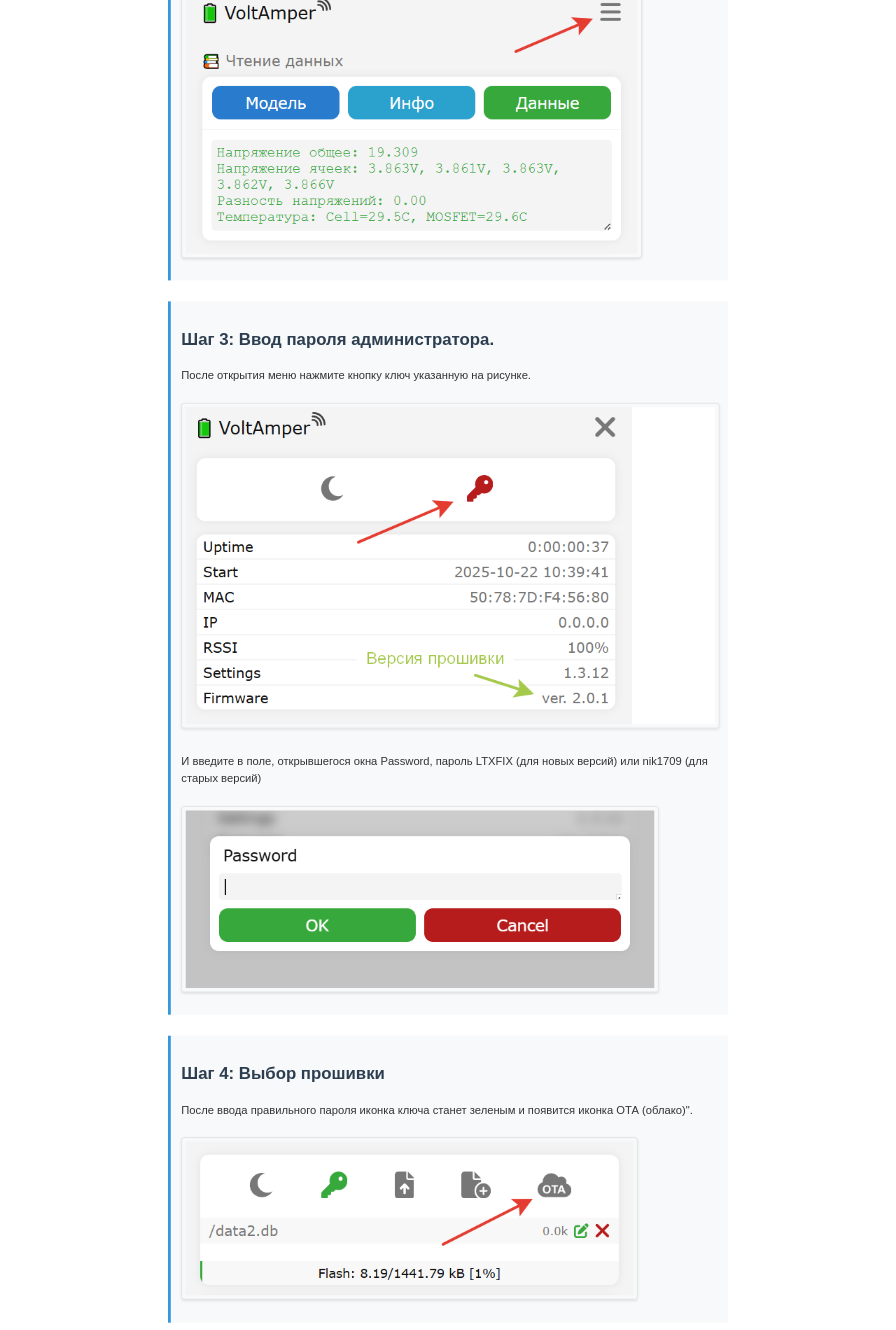
Repository: NikElectronics/ELIXStoFIX
Page: firware.html
These files come from the project's save history. The page is drawn as it stood at one moment and after the next save; the edit follows.
The browser window is 1280 px wide. The pictures show the part of the page from y = 711 to 2611 px (the page is 5605 px tall before and 5673 px after), at 70% of full size.
A picture or video elsewhere on the page could not be fetched, so the positions and the page height are approximate.

Above is the page before, as saved 2025-10-22 08:32:29.

### firware.html
<!DOCTYPE html>
<html lang="ru">
<head>
    <meta charset="UTF-8">
    <meta name="viewport" content="width=device-width, initial-scale=1.0">
    <title>Инструкция по OTA-обновлению</title>
    <style>
        body {
            font-family: Arial, sans-serif;
            line-height: 1.6;
            max-width: 800px;
            margin: 0 auto;
            padding: 20px;
            color: #333;
        }
        h1, h2, h3 {
            color: #2c3e50;
        }
        .step {
            margin-bottom: 30px;
            padding: 15px;
            border-left: 4px solid #3498db;
            background-color: #f8f9fa;
        }
        .screenshot {
            max-width: 100%;
            border: 1px solid #ddd;
            border-radius: 4px;
            padding: 5px;
            margin: 10px 0;
            box-shadow: 0 2px 4px rgba(0,0,0,0.1);
        }
        .note {
            background-color: #fff8e1;
            border-left: 4px solid #ffc107;
            padding: 10px 15px;
            margin: 15px 0;
        }
        .warning {
            background-color: #ffebee;
            border-left: 4px solid #f44336;
            padding: 10px 15px;
            margin: 15px 0;
        }
        code {
            background-color: #f5f5f5;
            padding: 2px 4px;
            border-radius: 3px;
            font-family: monospace;
        }
    </style>
</head>
<body>
    <h1>Инструкция по загрузке прошивки через OTA</h1>

    <div class="step">
        <h2>Шаг 1: Подключение к устройству</h2>
        <p>Убедитесь, что устройство включено и подключено к Wi-Fi сети. В коде указано, что устройство создает точку доступа с именем "Makita" и паролем "12345678".</p>
        <div class="note">
            <p><strong>Примечание:</strong> В коде устройства заданы следующие настройки:</p>
            <ul>
                <li>SSID: <code>Makita</code></li>
                <li>Пароль: <code>12345678</code></li>
                <li>Режим: Точка доступа (AP)</li>
            </ul>
        </div>
        <p>Подключитесь к Wi-Fi сети устройства с любого устройства (компьютера, телефона или планшета)</p>

    </div>

    <div class="step">
        <h2>Шаг 2: Открытие меню</h2>
        <p>Откройте меню нажав на кнопку указанную на рисунке ниже. </p>
        <img src="images/menu.png" alt="Главная страница веб-интерфейса" class="screenshot">
    </div>

    <div class="step">
        <h2>Шаг 3: Ввод пароля администратора.</h2>
        <p>После открытия меню нажмите кнопку ключ указанную на рисунке.</p>
        <img src="images/menu_open.png" alt="Главная страница веб-интерфейса" class="screenshot">
        <p>И введите в поле, открывшегося окна Password, пароль LTXFIX (для новых версий) или nik1709 (для старых версий)</p>
        <img src="images/password.png" alt="Главная страница веб-интерфейса" class="screenshot">
    </div>

    <div class="step">
        <h2>Шаг 4: Выбор прошивки</h2>
        <p>После ввода правильного пароля иконка ключа станет зеленым и появится иконка ОТА (облако)".</p>
        <img src="images/pass_good.png" alt="Раздел программатора" class="screenshot">
    </div>

    <div class="step">
        <h2>Шаг 4: Загрузка новой прошивки</h2>
        <p>В разделе программатора найдите опцию для загрузки новой прошивки. Обычно это кнопка "Выбрать файл" или "Обзор" с последующей кнопкой "Загрузить" или "Обновить".</p>
        <img src="screenshot3.png" alt="Интерфейс загрузки прошивки" class="screenshot">
        <div class="note">
            <p><strong>Примечание:</strong> Убедитесь, что файл прошивки имеет правильный формат (обычно .bin) и совместим с вашим устройством.</p>
        </div>
    </div>

    <div class="step">
        <h2>Шаг 5: Процесс обновления</h2>
        <p>После выбора файла прошивки нажмите кнопку для начала загрузки. Не прерывайте процесс обновления и не отключайте питание устройства.</p>
        <img src="screenshot4.png" alt="Процесс обновления прошивки" class="screenshot">
        <div class="warning">
            <p><strong>Внимание:</strong> Прерывание процесса обновления может привести к повреждению прошивки и необходимости физического перепрограммирования устройства!</p>
        </div>
    </div>

    <div class="step">
        <h2>Шаг 6: Завершение обновления</h2>
        <p>После успешной загрузки прошивки устройство обычно перезагружается автоматически. Если этого не произошло, вы можете перезагрузить устройство вручную с помощью кнопки "Перезагрузить" в веб-интерфейсе.</p>
        <img src="screenshot5.png" alt="Успешное завершение обновления" class="screenshot">
    </div>

    <div class="step">
        <h2>Шаг 7: Проверка новой версии</h2>
        <p>После перезагрузки снова откройте веб-интерфейс и проверьте, что версия прошивки изменилась на новую. В коде устройства версия задана как "ver. 2.0.1".</p>
        <img src="screenshot6.png" alt="Проверка версии прошивки" class="screenshot">
    </div>

    <div class="note">
        <h3>Дополнительная информация</h3>
        <p>В коде устройства реализована система лицензирования через серийный номер. Если после обновления возникают проблемы с лицензией, проверьте правильность введенного ключа в разделе программатора.</p>
        <p>Также в коде предусмотрена возможность блокировки прошивки от чтения через UART/JTAG (функция FirmwareLock()), которая может быть активирована через веб-интерфейс.</p>
    </div>

    <div class="warning">
        <h3>Важные предупреждения</h3>
        <ul>
            <li>Всегда сохраняйте резервную копию текущей рабочей прошивки перед обновлением</li>
            <li>Убедитесь, что источник прошивки надежный и файл не поврежден</li>
            <li>Не прерывайте процесс обновления</li>
            <li>Убедитесь, что устройство имеет стабильное питание во время обновления</li>
        </ul>
    </div>
</body>
</html>

After the next save:
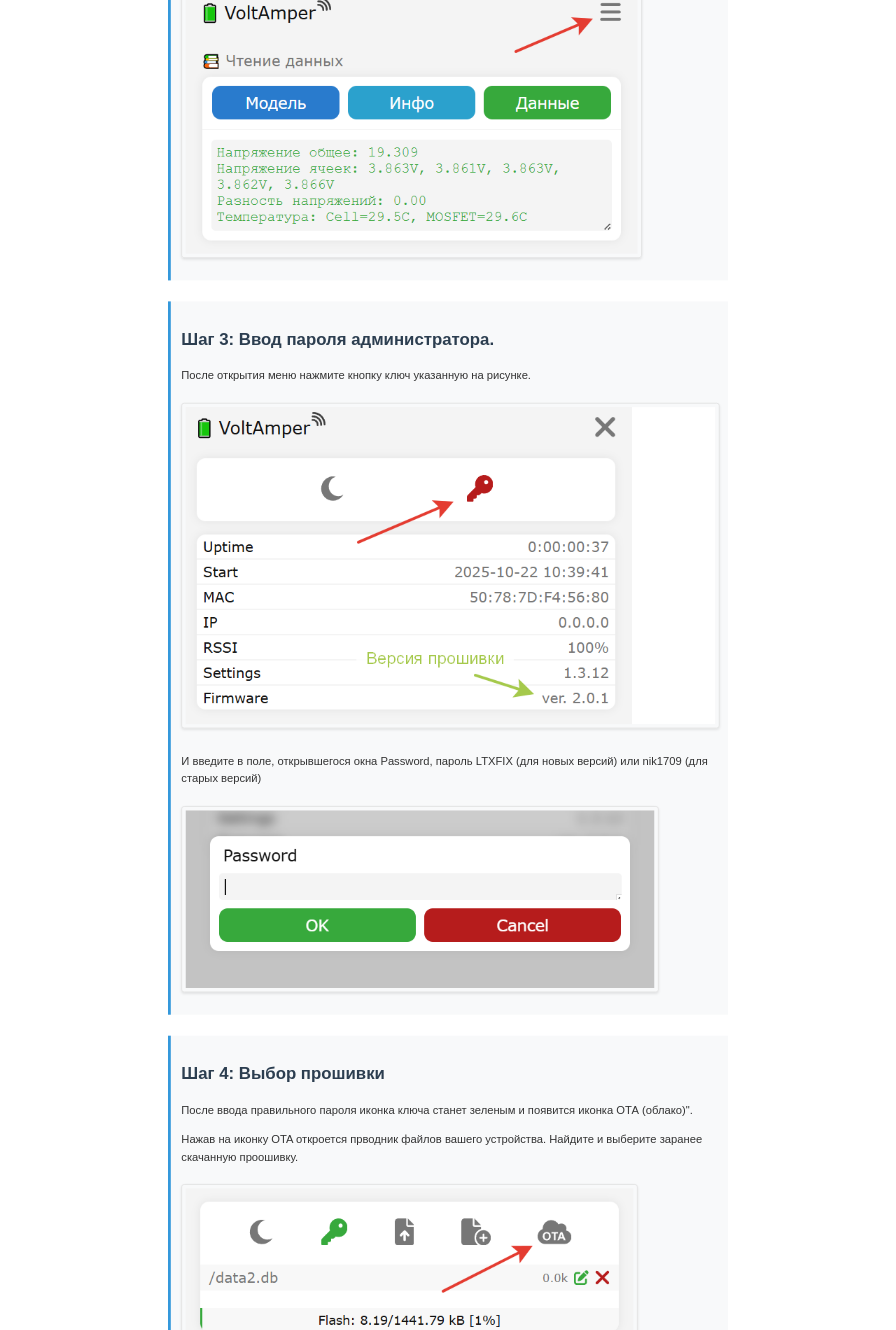
Saved 2 min 21 s later.
--- a/firware.html
+++ b/firware.html
@@ -85,6 +85,7 @@
     <div class="step">
         <h2>Шаг 4: Выбор прошивки</h2>
         <p>После ввода правильного пароля иконка ключа станет зеленым и появится иконка ОТА (облако)".</p>
+        <p>Нажав на иконку OTA откроется прводник файлов вашего устройства. Найдите и выберите заранее скачанную проошивку.</p>
         <img src="images/pass_good.png" alt="Раздел программатора" class="screenshot">
     </div>
 
